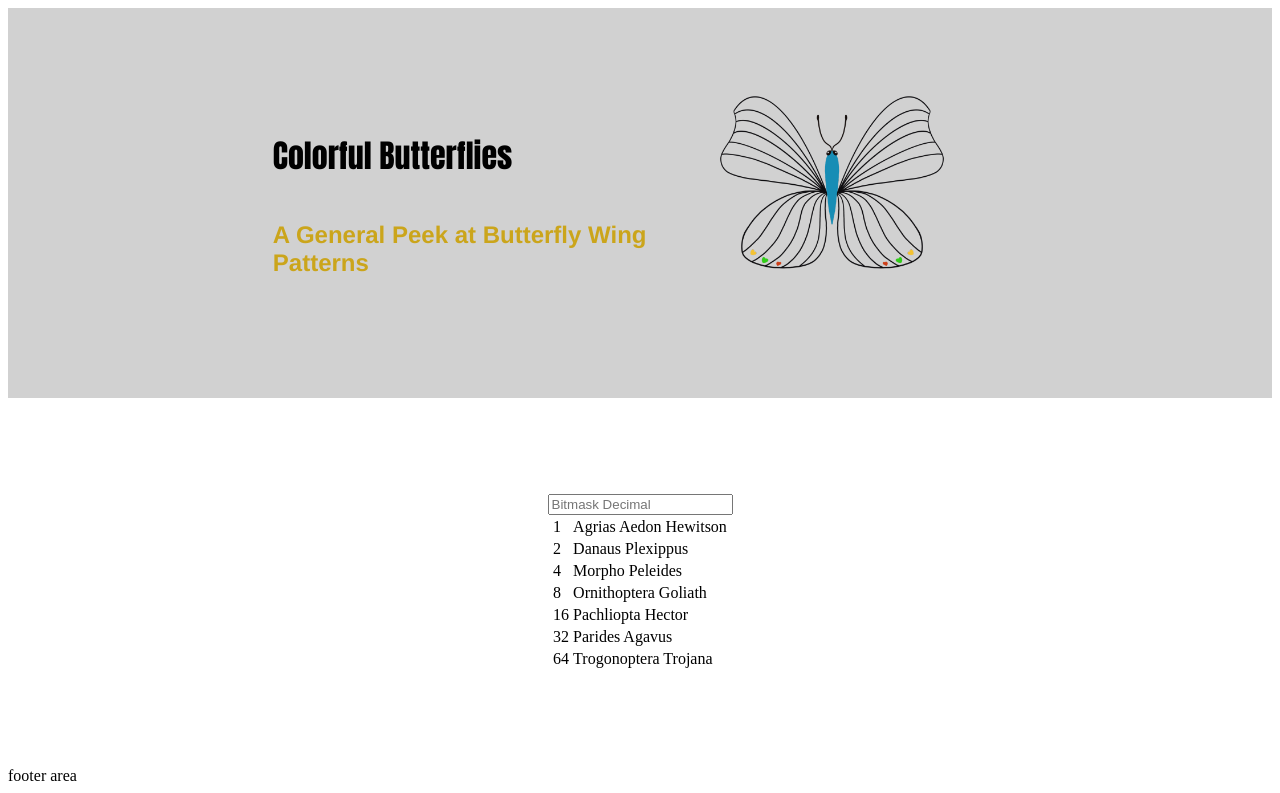
Repository: MeowCeline00/assessment-2
Page: /
An editor plug-in stored every save of this project. The page is shown before and after a run of saves, followed by the edit.
The browser window is 1280 px wide. The pictures show the whole page.
The project was rebuilt for these pictures with package versions that can differ from the ones it lists, and the page was loaded fresh each time. The framework's server and built-in components were replaced by stand-ins that run in the browser. Also part of the build but not shown: next.config.mjs.

Above is the page before, as saved 2024-02-07 22:15:00.

After the next 2 saves:
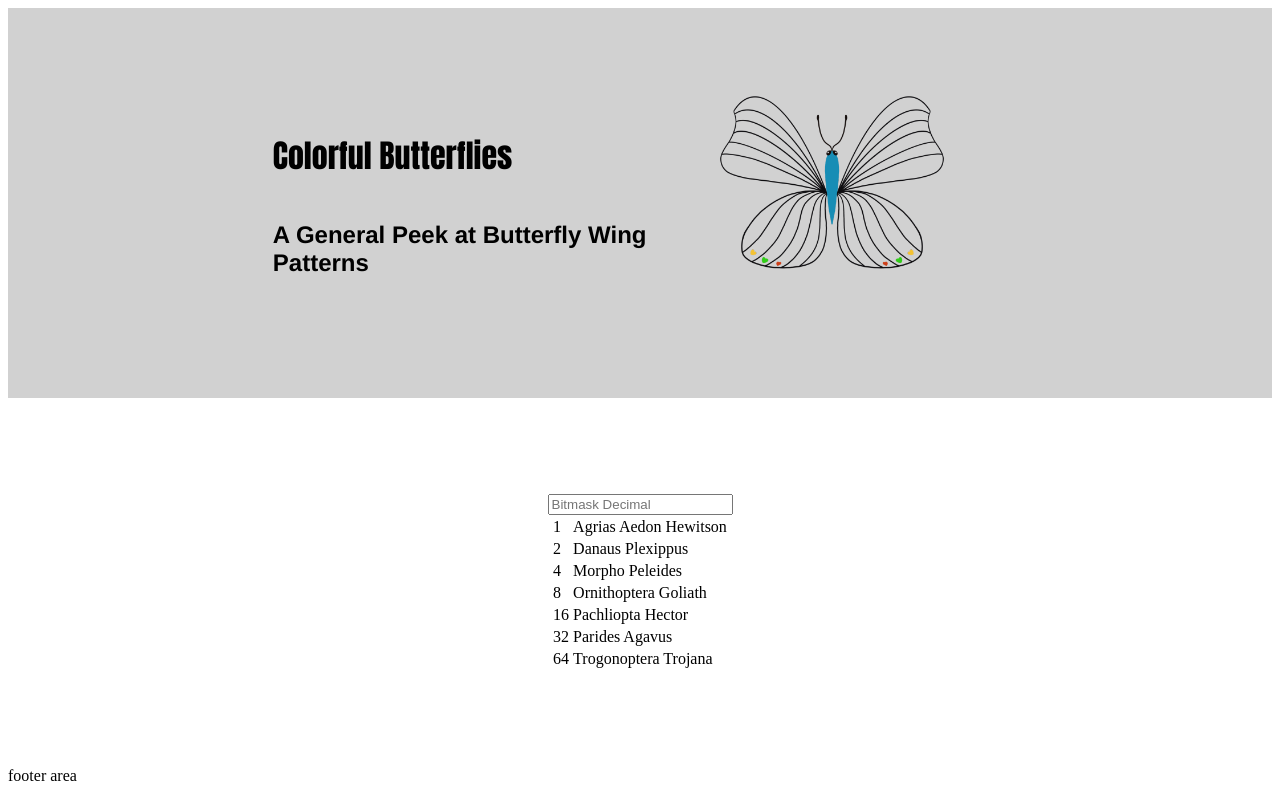
The 2 saves are shown as one change because they came seconds apart.
The last was saved 20 s later.
--- a/Components/Header/Header.module.css
+++ b/Components/Header/Header.module.css
@@ -19,7 +19,7 @@
 }
 
 .titleArea h2 {
-    color: rgb(203, 165, 27);
+    color: var(h2);
     font-family: 'Franklin Gothic Medium', 'Arial Narrow', Arial, sans-serif;
 }
 
